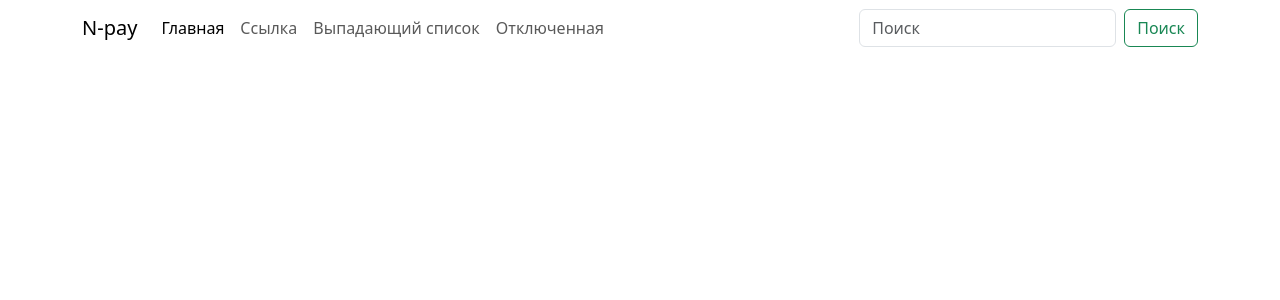
Repository: Senianga/N-pay
Page: index.html
These files come from the project's save history. The page is drawn as it stood at one moment and after the next save; the edit follows.
The browser window is 1280 px wide. The pictures show the whole page.
The style sheet was rebuilt from its Sass, Less or Tailwind sources for each picture, by a compiler version that may differ from the author's.

Above is the page before, as saved 2023-04-30 16:16:40.

After the next save:
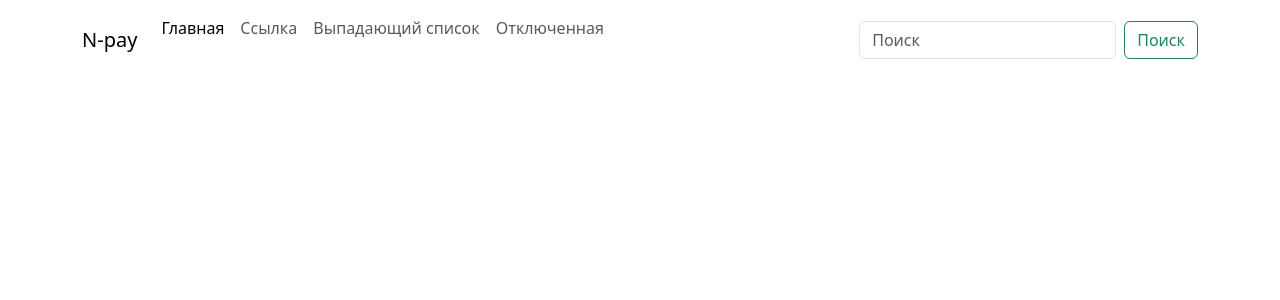
Saved 21 s later.
--- a/index.html
+++ b/index.html
@@ -15,7 +15,7 @@
               <a class="navbar-brand" href="#">N-pay</a>
 
               <div class="collapse navbar-collapse" id="navbarSupportedContent">
-                <ul class="navbar-nav me-auto mb-2 mb-lg-0">
+                <ul class="navbar-nav me-auto mb-2 mb-lg-4">
                   <li class="nav-item">
                     <a class="nav-link active" aria-current="page" href="#">Главная</a>
                   </li>

After the save that followed:
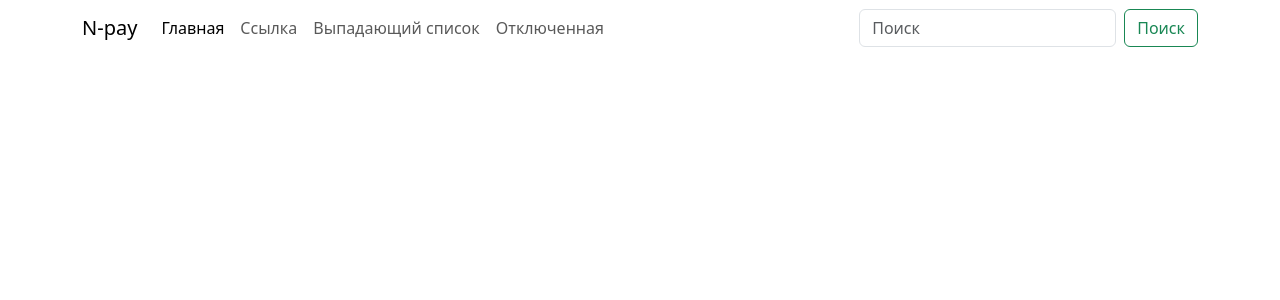
Saved 7 s later.
--- a/index.html
+++ b/index.html
@@ -15,7 +15,7 @@
               <a class="navbar-brand" href="#">N-pay</a>
 
               <div class="collapse navbar-collapse" id="navbarSupportedContent">
-                <ul class="navbar-nav me-auto mb-2 mb-lg-4">
+                <ul class="navbar-nav me-auto mb-2 mb-lg-0">
                   <li class="nav-item">
                     <a class="nav-link active" aria-current="page" href="#">Главная</a>
                   </li>
